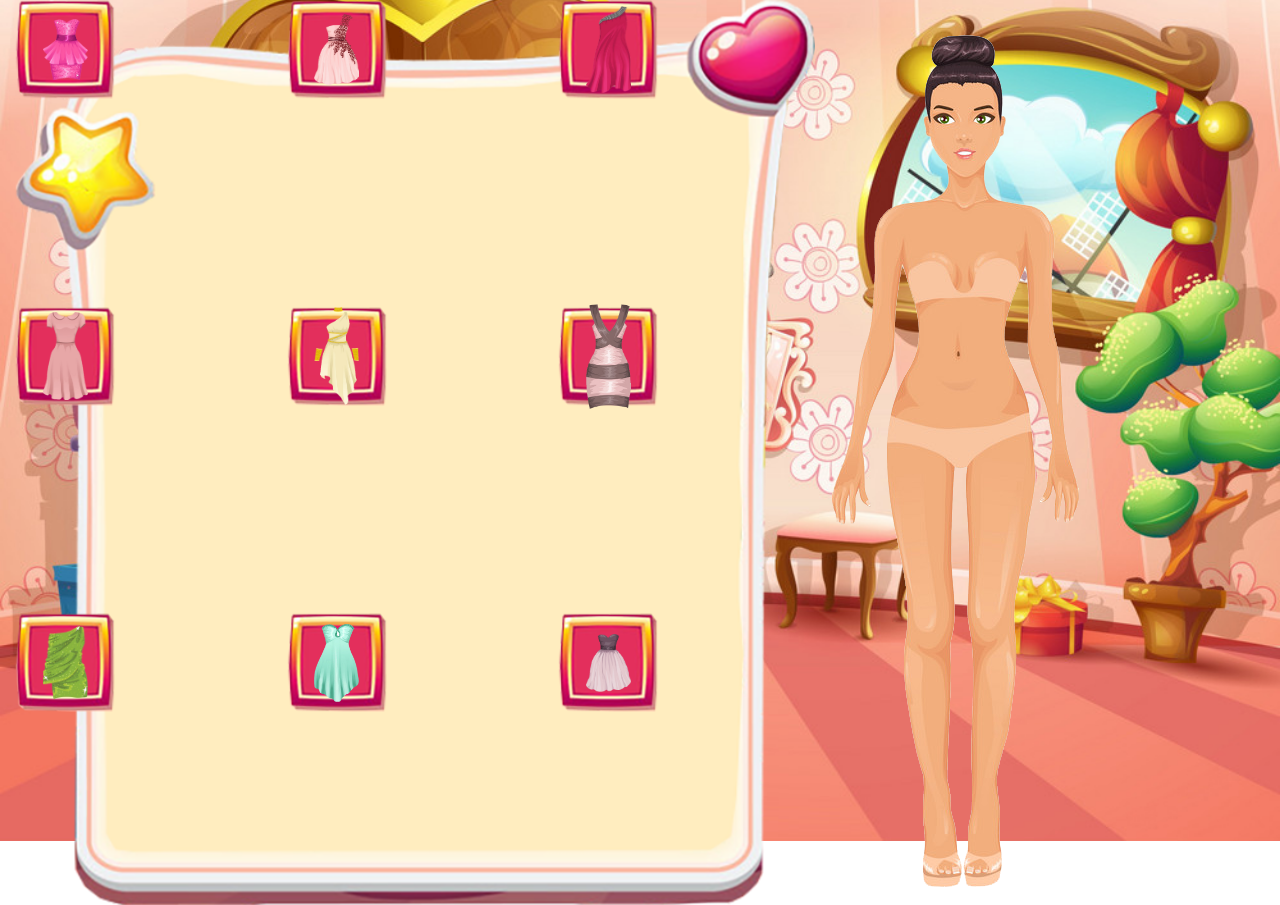
Repository: bunbubam/GameThayDoReactjs_NguyenKhacNghia
Page: /
The author's editor kept a copy of each file at every save. The page is drawn from the files as they stood at one save, then again after the next save.
The browser window is 1280 px wide. The pictures show the whole page.
The project was rebuilt for these pictures with package versions that can differ from the ones it lists, and the page was loaded fresh each time.

Above is the page before, as saved 2022-03-30 15:56:51.

After the next save:
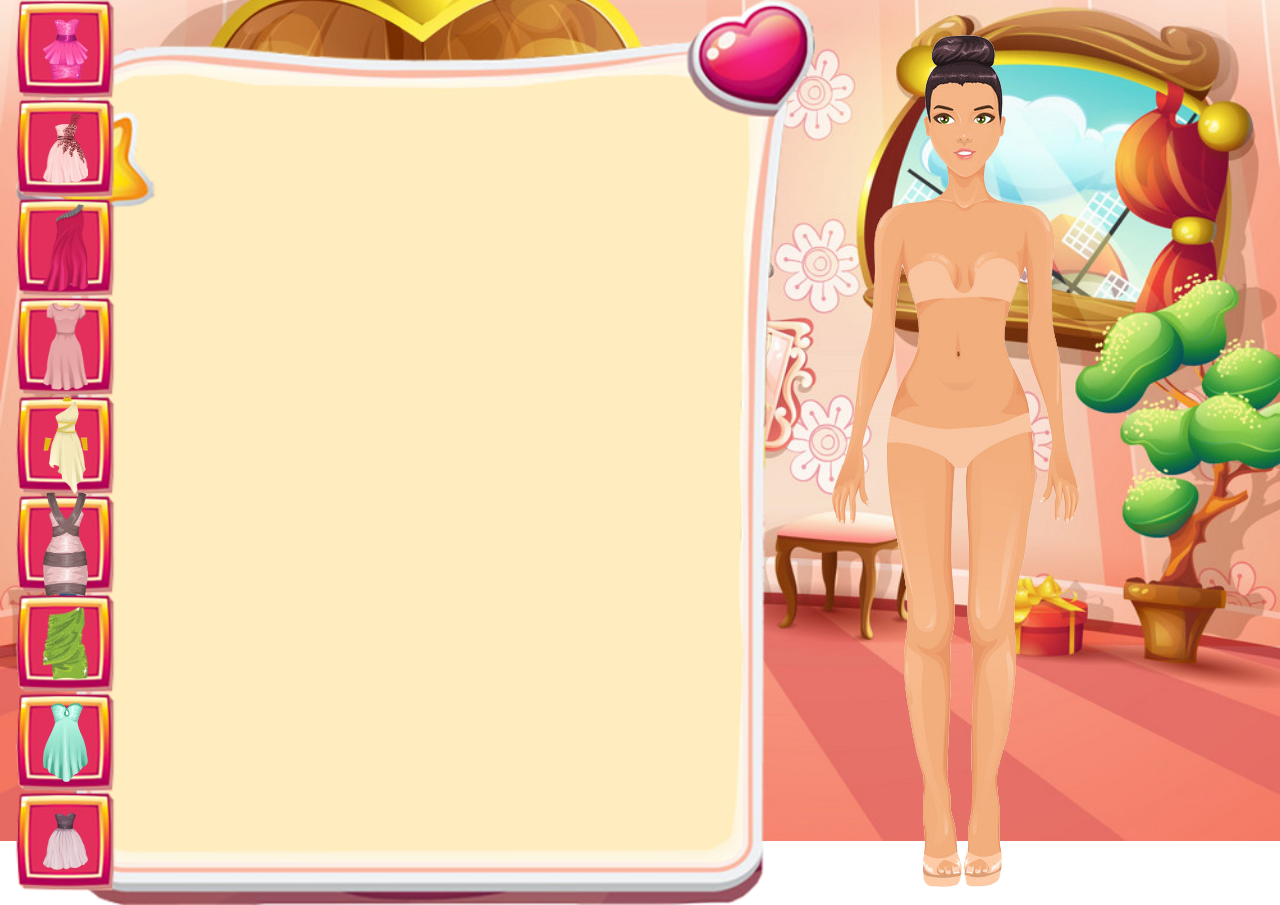
Saved 30 s later.
--- a/src/App.css
+++ b/src/App.css
@@ -15,9 +15,6 @@ body {
     background-size: cover;
     width: 800px;
     height: 905px;
-    display: grid;
-    grid-template-columns: repeat(3,1fr);
-    grid-gap: 15px;
 }
 .clothing-item {
     background: url(gamethaydo/images/menu.png) no-repeat;
